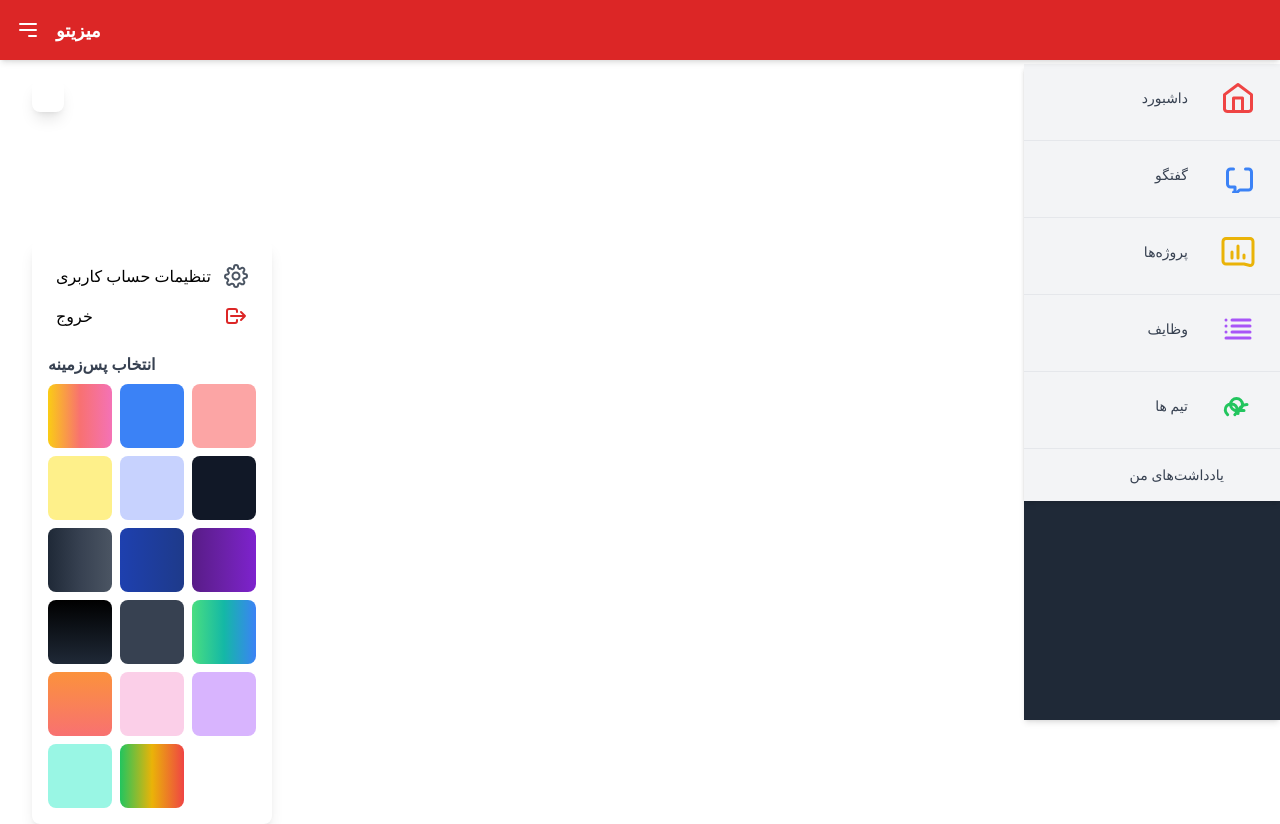
Repository: spnovaa/work-hive
Page: / (app in front_end/), after clicking the first element matching `div.z-0`
These files come from the project's save history. The page is drawn as it stood at one moment and after the next save; the edit follows.
The browser window is 1280 px wide. The pictures show the whole page.
The page's requests for data from a server got no answer. The project was rebuilt for these pictures with package versions that can differ from the ones it lists, and the page was loaded fresh each time. No one was signed in, and anything a server would have sent is missing. Also part of the build but not shown: front_end/src/api/auth.js, front_end/src/components/loadingSpinner.jsx, front_end/src/pages/login.jsx, front_end/src/pages/registration.jsx, front_end/src/common/axiosInstance.js, front_end/src/components/profile/profileSettingsModal.jsx, front_end/src/components/project/projectCardComponent.jsx, front_end/src/components/project/projectDashboard.jsx and 9 more.

Above is the page before, as saved 2025-01-18 14:33:02.

After the next save:
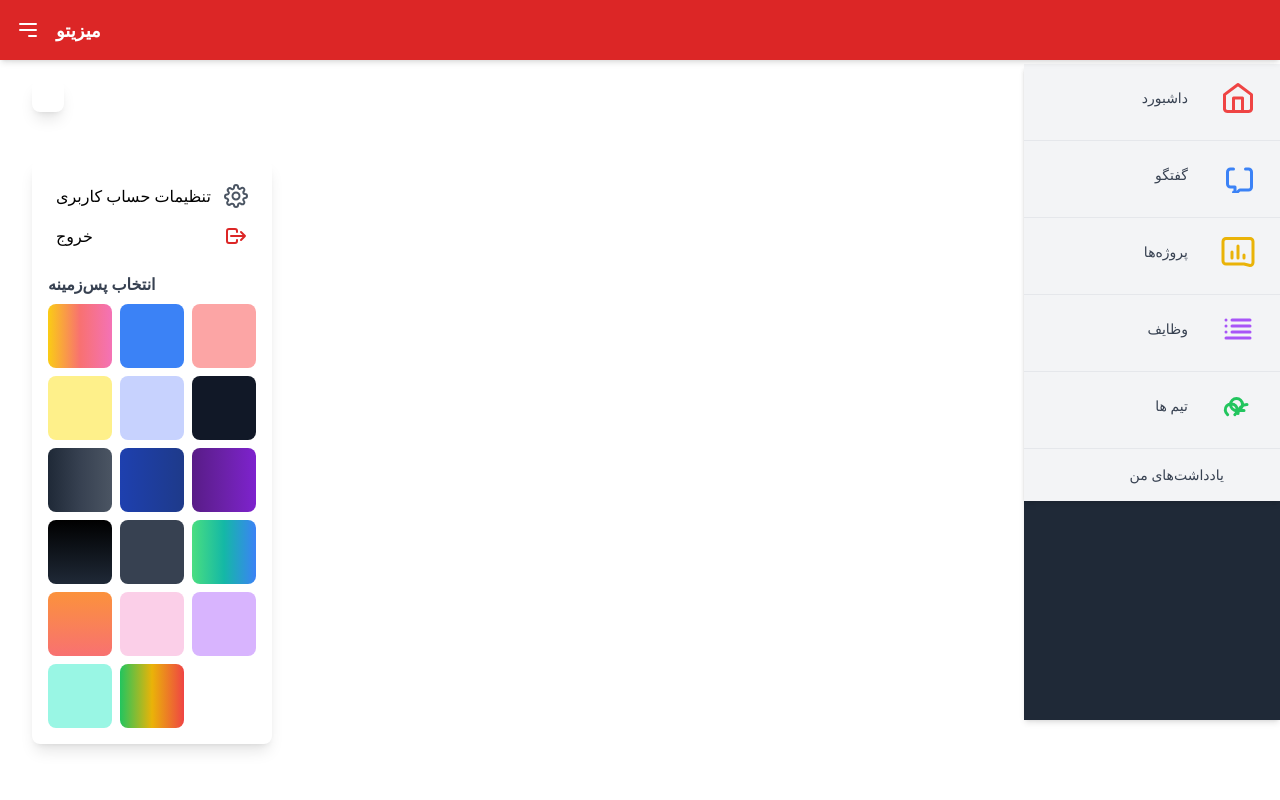
Saved 11 s later.
--- a/front_end/src/components/profile/dropdown.jsx
+++ b/front_end/src/components/profile/dropdown.jsx
@@ -52,7 +52,7 @@ const ProfileDropdown  = ({  onBackgroundChange ,onSettingsClick}) => {
         {isOpen && (
             <div
                 onClick={(e) => e.stopPropagation()} // Prevent propagation of the click event
-                className="absolute top-40 left-0 bg-white rounded-lg shadow-lg w-max p-4"
+                className="absolute top-20 left-0 bg-white rounded-lg shadow-lg w-max p-4"
             >
                 <div
                     className="flex items-center justify-between p-2 cursor-pointer hover:bg-gray-100 rounded"
